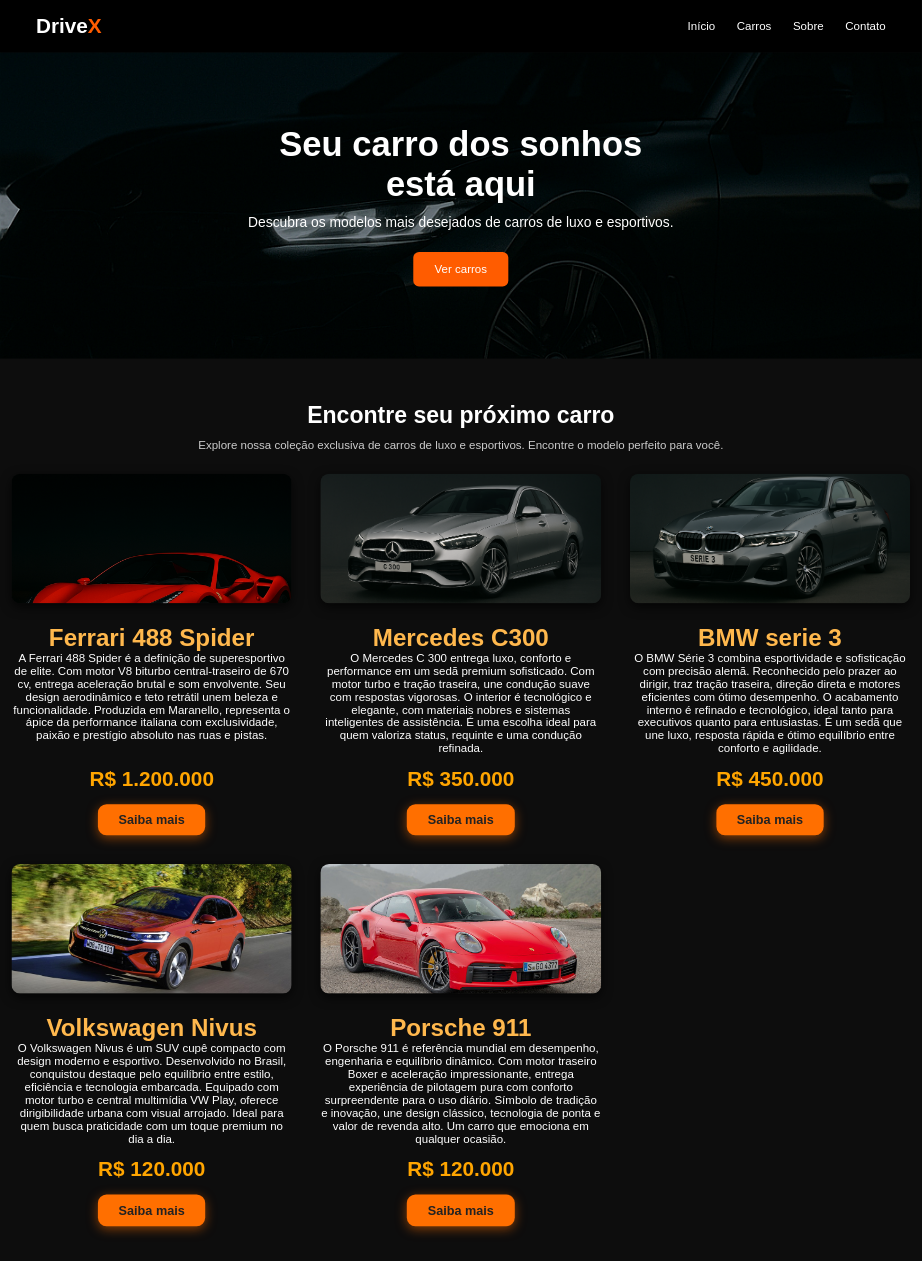
Repository: Mateushlp/DriveX
Page: index.html
These files come from the project's save history. The page is drawn as it stood at one moment and after the next save; the edit follows.
The browser window is 1280 px wide. The pictures show the whole page, at 72% of full size.

Above is the page before, as saved 2025-06-23 22:23:09.

### index.html
<!DOCTYPE html>
<html lang="pt-br">
<head>
  <meta charset="UTF-8" />
  <meta name="viewport" content="width=device-width, initial-scale=1.0"/>
  <title>DriveX</title>
  <link rel="stylesheet" href="style.css" />
</head>
<body>
  <header>
    <div class="logo">Drive<span>X</span></div>
    <nav>
      <ul>
        <li><a href="#">Início</a></li>
        <li><a href="#">Carros</a></li>
        <li><a href="#">Sobre</a></li>
        <li><a href="#">Contato</a></li>
      </ul>
    </nav>
  </header>

  <section class="hero">
    <div class="hero-content">
      <h1>Seu carro dos sonhos<br>está aqui</h1>
      <p>Descubra os modelos mais desejados de carros de luxo e esportivos.</p>
      <button onclick="scrollToCars()">Ver carros</button>
    </div>
  </section>

  <section class="intro">
    <h2>Encontre seu próximo carro</h2>
    <p>Explore nossa coleção exclusiva de carros de luxo e esportivos. Encontre o modelo perfeito para você.</p>
  </section>

  <section id="carros" class="grid-carro">
    <div class="card-carro">
      <img src="./img/ferrari.png" alt="Ferrari 488 Spider" />
      <h3>Ferrari 488 Spider</h3>
      <p>A Ferrari 488 Spider é a definição de superesportivo de elite. Com motor V8 biturbo central-traseiro de 670 cv, entrega aceleração brutal e som envolvente. Seu design aerodinâmico e teto retrátil unem beleza e funcionalidade. Produzida em Maranello, representa o ápice da performance italiana com exclusividade, paixão e prestígio absoluto nas ruas e pistas.</p>
      <strong>R$ 1.200.000</strong>
      <button class="btn-detalhes" data-modelo="Ferrari 488 Spider">Saiba mais</button>
    </div>

    <div class="card-carro">
      <img src="./img/ChatGPT Image 19 de jun. de 2025, 23_14_08.png" alt="Mercedes C300" />
      <h3>Mercedes C300</h3>
      <p>O Mercedes C 300 entrega luxo, conforto e performance em um sedã premium sofisticado. Com motor turbo e tração traseira, une condução suave com respostas vigorosas. O interior é tecnológico e elegante, com materiais nobres e sistemas inteligentes de assistência. É uma escolha ideal para quem valoriza status, requinte e uma condução refinada.</p>
      <strong>R$ 350.000</strong>
      <button class="btn-detalhes" data-modelo="Mercedes C300">Saiba mais</button>
    </div>

    <div class="card-carro">
      <img src="./img/serie 3.png" alt="BMW serie 3" />
      <h3>BMW serie 3</h3>
      <p>O BMW Série 3 combina esportividade e sofisticação com precisão alemã. Reconhecido pelo prazer ao dirigir, traz tração traseira, direção direta e motores eficientes com ótimo desempenho. O acabamento interno é refinado e tecnológico, ideal tanto para executivos quanto para entusiastas. É um sedã que une luxo, resposta rápida e ótimo equilíbrio entre conforto e agilidade.</p>
      <strong>R$ 450.000</strong>
      <button class="btn-detalhes" data-modelo="BMW serie 3">Saiba mais</button>
    </div>

    <div class="card-carro">
      <img src="./img/nivus.jpg" alt="Volkswagen Nivus" />
      <h3>Volkswagen Nivus</h3>
      <p>O Volkswagen Nivus é um SUV cupê compacto com design moderno e esportivo. Desenvolvido no Brasil, conquistou destaque pelo equilíbrio entre estilo, eficiência e tecnologia embarcada. Equipado com motor turbo e central multimídia VW Play, oferece dirigibilidade urbana com visual arrojado. Ideal para quem busca praticidade com um toque premium no dia a dia.</p>
      <strong>R$ 120.000</strong>
      <button class="btn-detalhes" data-modelo="nivus">Saiba mais</button>
    </div>

    <div class="card-carro">
      <img src="./img/Porsche-911.jpg" alt="Porsche 911" />
      <h3>Porsche 911</h3>
      <p>O Porsche 911 é referência mundial em desempenho, engenharia e equilíbrio dinâmico. Com motor traseiro Boxer e aceleração impressionante, entrega experiência de pilotagem pura com conforto surpreendente para o uso diário. Símbolo de tradição e inovação, une design clássico, tecnologia de ponta e valor de revenda alto. Um carro que emociona em qualquer ocasião.</p>
      <strong>R$ 120.000</strong>
      <button class="btn-detalhes" data-modelo="911">Saiba mais</button>
    </div>
  </section>

  <div id="modal-detalhes" class="modal">
    <div class="modal-content">
      <span id="fechar-modal" class="fechar">&times;</span>
      <h2 id="titulo-modal"></h2>
      <img id="img-modal" src="" alt="" style="max-width: 100%; border-radius: 10px; margin-bottom: 1rem;" />
      <p id="descricao-modal"></p>
      <strong id="preco-modal"></strong>
    </div>
  </div>

  <script src="script.js"></script>
</body>
</html>

### style.css
* {
  margin: 0;
  padding: 0;
  box-sizing: border-box;
}

body {
  font-family: 'Arial', sans-serif;
  background-color: #0d0d0d;
  color: #fff;
}

header {
  display: flex;
  justify-content: space-between;
  align-items: center;
  padding: 20px 50px;
  background-color: #000;
}

.logo {
  font-size: 1.8rem;
  font-weight: bold;
}

.logo span {
  color: #ff5c00;
}

nav ul {
  list-style: none;
  display: flex;
  gap: 30px;
}

nav a {
  color: #fff;
  text-decoration: none;
  font-size: 1rem;
}

.hero {
  background-image: url('img/fundo carrodo sonho.png');
  background-size: cover;
  background-position: center;
  padding: 100px 20px;
  text-align: center;
}

.hero-content h1 {
  font-size: 3rem;
  font-weight: bold;
  margin-bottom: 15px;
}

.hero-content p {
  font-size: 1.2rem;
  margin-bottom: 30px;
}

.hero-content button {
  background-color: #ff5c00;
  border: none;
  padding: 15px 30px;
  font-size: 1rem;
  color: #fff;
  border-radius: 8px;
  cursor: pointer;
}

.intro {
  text-align: center;
  padding: 60px 20px 30px;
}

.intro h2 {
  font-size: 2rem;
  margin-bottom: 15px;
}

.intro p {
  font-size: 1rem;
  color: #ccc;
}

.grid-carro {
  display: grid;
  grid-template-columns: repeat(auto-fill, minmax(320px, 1fr));
  gap: 2.5rem;
  padding: 0 1rem 3rem;
  align-items: stretch; /* força as células da grid terem mesma altura */
}

/* Cards de carro */
.card-carro {
  display: flex;
  flex-direction: column;
  align-items: center;
  height: 100%; /* faz o card ocupar toda altura da célula */
}

.card-carro:hover {
  transform: translateY(-8px);
  box-shadow: 0 12px 35px rgba(255, 111, 0, 0.5);
}

.card-carro img {
  width: 100%;
  max-height: 180px; /* Limita a altura */
  object-fit: cover;
  border-radius: 12px;
  margin-bottom: 1.2rem;
  box-shadow: 0 5px 15px rgba(0,0,0,0.7);
}

.card-carro h3 {
  font-size: 2.1rem;
  color: #ffb84d;
  margin-top: 0.6rem;
  text-align: center;
}

.card-carro p {
  flex-grow: 1;
  text-align: center;
}

.card-carro strong {
  font-size: 1.8rem;
  color: #ffa500;
  margin: 1rem 0 1.2rem 0;
  font-weight: 900;
  text-align: center;
}

/* Botão Saiba Mais */
.btn-detalhes {
  background-color: #ff6f00;
  color: #222;
  border: none;
  padding: 0.7rem 1.8rem;
  border-radius: 12px;
  cursor: pointer;
  font-weight: 700;
  font-size: 1.1rem;
  transition: background-color 0.3s ease;
  box-shadow: 0 4px 15px rgba(255, 111, 0, 0.5);
}

.btn-detalhes:hover {
  background-color: #ff9100;
  box-shadow: 0 6px 22px rgba(255, 145, 0, 0.8);
}

/* Modal */
.modal {
  display: none;
  position: fixed;
  z-index: 9999;
  left: 0;
  top: 0;
  width: 100%;
  height: 100%;
  background-color: rgba(18, 18, 18, 0.85);
  justify-content: center;
  align-items: center;
  overflow-y: auto;
  padding: 2rem 1rem;
}

.modal-content {
  background: #2a2a2a;
  padding: 2.5rem;
  border-radius: 20px;
  max-width: 600px;
  text-align: center;
  box-shadow: 0 10px 40px rgba(255, 111, 0, 0.7);
  color: #fff;
  position: relative;
}

.fechar {
  position: absolute;
  top: 20px;
  right: 25px;
  font-size: 2.6rem;
  cursor: pointer;
  color: #ff6f00;
  transition: color 0.3s ease;
}

.fechar:hover {
  color: #ffa040;
}

### script.js
function scrollToCars() {
  document.getElementById('carros').scrollIntoView({ behavior: 'smooth' });
}

const modal = document.getElementById("modal-detalhes");
const fecharModal = document.getElementById("fechar-modal");
const tituloModal = document.getElementById("titulo-modal");
const imgModal = document.getElementById("img-modal");
const descricaoModal = document.getElementById("descricao-modal");
const precoModal = document.getElementById("preco-modal");

const carrosDados = {
  "Ferrari 488 Spider": {
    descricao: "A Ferrari 488 Spider combina desempenho excepcional com design italiano sofisticado. Equipada com um motor V8 biturbo de 670 cv, atinge 0 a 100 km/h em apenas 3 segundos. É um conversível que oferece emoção pura e luxo absoluto.",
    preco: "R$ 1.200.000",
    img: "./img/ferrari.png",
  },
  "Mercedes C300": {
    descricao: "Luxo, tecnologia e performance. Motor turbo de 258cv, interior com acabamento premium, painel digital MBUX, assistente de voz e iluminação ambiente. Segurança com frenagem automática e piloto adaptativo.",
    preco: "R$ 350.000",
    img: "./img/ChatGPT Image 19 de jun. de 2025, 23_14_08.png",
  },
  "BMW serie 3": {
    descricao: "Design esportivo e tecnologia de ponta. Motor turbo de 258cv, tração traseira, câmbio automático de 8 marchas e modos de condução inteligentes. Interior refinado com tela curva, assistente pessoal e conectividade total. Dirigibilidade e conforto que definem o segmento premium.",
    preco: "R$ 450.000",
    img: "./img/serie 3.png",
  },
  "nivus": {
    descricao: "O Volkswagen Nivus é um crossover compacto com design coupé, desenvolvido no Brasil e lançado em 2020. Ele se destaca pelo visual moderno e pela tecnologia embarcada, como o painel Active Info Display e a central multimídia VW Play",
    preco: "R$ 120.000",
    img: "./img/nivus.jpg",
  },
  "911": {
    descricao: "Suspensão adaptativa PASM, motor boxer biturbo com equilíbrio perfeito, tração traseira ou integral, modo Wet para segurança em chuva, interior esportivo com luxo discreto e acabamento premium Porsche, Ícone mundial com DNA de competição, direção precisa e visceral, carroceria aerodinâmica para máxima estabilidade, painel com tradição e tecnologia, desempenho brutal com elegância, feito para quem valoriza exclusividade real.",
    preco: "R$ 120.000",
    img: "./img/Porsche-911.jpg",
  },
};

function abrirModal(modelo) {
  const dados = carrosDados[modelo];
  if (dados) {
    tituloModal.textContent = modelo;
    descricaoModal.textContent = dados.descricao;
    precoModal.textContent = dados.preco;
    imgModal.src = dados.img;
    imgModal.alt = modelo;
    modal.classList.add("show");
    modal.style.display = "flex";
    modal.animate([{ opacity: 0 }, { opacity: 1 }], { duration: 300, fill: "forwards" });
  }
}

function fecharModalFunc() {
  const anim = modal.animate([{ opacity: 1 }, { opacity: 0 }], { duration: 300, fill: "forwards" });
  anim.onfinish = () => {
    modal.style.display = "none";
    modal.classList.remove("show");
  };
}

document.querySelectorAll(".btn-detalhes").forEach((button) => {
  button.addEventListener("click", () => {
    abrirModal(button.dataset.modelo);
  });
});

if (fecharModal) {
  fecharModal.addEventListener("click", fecharModalFunc);
}

window.addEventListener("click", (e) => {
  if (e.target === modal) {
    fecharModalFunc();
  }
});

After the next save:
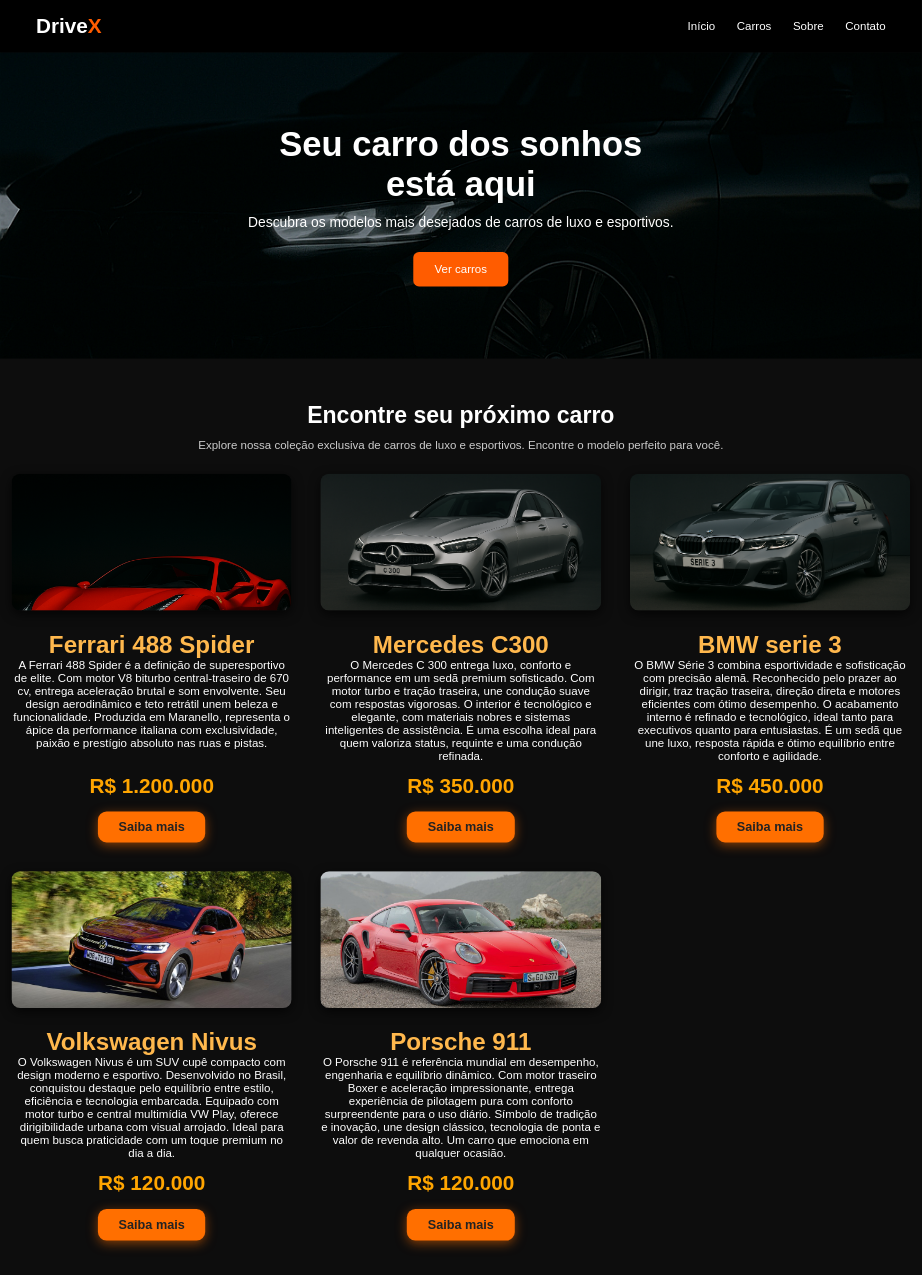
Saved 14 s later.
--- a/style.css
+++ b/style.css
@@ -106,7 +106,7 @@
 
 .card-carro img {
   width: 100%;
-  max-height: 180px; /* Limita a altura */
+  max-height: 190px; /* Limita a altura */
   object-fit: cover;
   border-radius: 12px;
   margin-bottom: 1.2rem;
